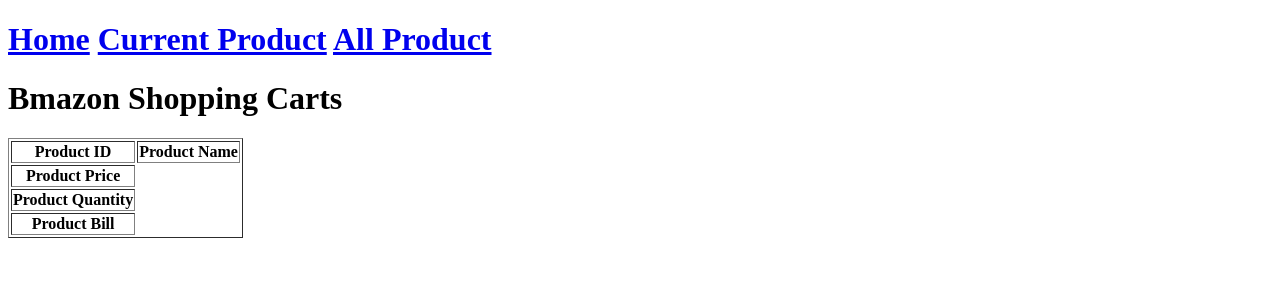
Repository: shivendra05/WebService_SpringRest
Page: http://localhost/23_MVC_JPA/WEB-INF/views/usersData.jsp
An editor plug-in stored every save of this project. The page is shown before and after the next save, followed by the edit.
The browser window is 1280 px wide. The pictures show the whole page.
The page is served by Tomcat 9. Nobody is signed in. Other server files are loaded and not shown. The template is opened directly, without the code that normally fills it, so the values that code supplies are empty.

Above is the page before, as saved 2021-12-07 12:47:35.

### SpringBoot@7AM/23_MVC_JPA/src/main/webapp/WEB-INF/views/usersData.jsp
<%@ page language="java" contentType="text/html; charset=ISO-8859-1"
	pageEncoding="ISO-8859-1" isELIgnored="false"%>
<%@taglib prefix="c" uri="http://java.sun.com/jsp/jstl/core"%>
<!DOCTYPE html>
<html>
<head>
<meta charset="ISO-8859-1">
<title>Insert title here</title>
</head>

<span>
	<h1>
		<a href="productHome">Home</a>
		<a href="userRegister">Current Product</a>
		<a href="all">All Product</a>
	</h1>
</span>
<body>
	<h1>Bmazon Shopping Carts</h1>

	<table border="1">
		<tr>
			<th>Product ID</th>
			<th>Product Name
		</tr>
		<th>Product Price
		</tr>
		<th>Product Quantity
		</tr>
		<th>Product Bill
		</tr>
		<c:forEach items="${prodList}" var="list">
			<tr>
				<td>${list.name}</td>
				<td>${list.qty}</td>
				<td>${list.gst}</td>
				<td>${list.bill}</td>
				<td>${list.price}</td>
			</tr>
		</c:forEach>
	</table>

</body>
</html>

After the next save:
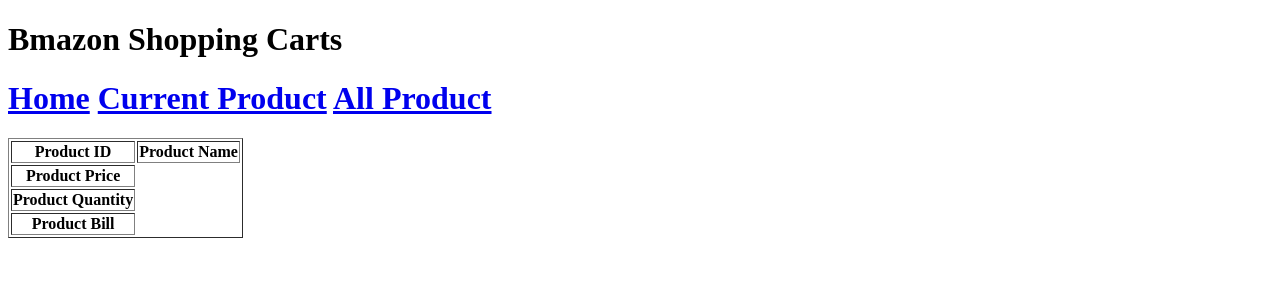
Saved 20 s later.
--- a/SpringBoot@7AM/23_MVC_JPA/src/main/webapp/WEB-INF/views/usersData.jsp
+++ b/SpringBoot@7AM/23_MVC_JPA/src/main/webapp/WEB-INF/views/usersData.jsp
@@ -7,16 +7,15 @@
 <meta charset="ISO-8859-1">
 <title>Insert title here</title>
 </head>
-
-<span>
-	<h1>
-		<a href="productHome">Home</a>
-		<a href="userRegister">Current Product</a>
-		<a href="all">All Product</a>
-	</h1>
-</span>
 <body>
 	<h1>Bmazon Shopping Carts</h1>
+
+	<span>
+		<h1>
+			<a href="productHome">Home</a> <a href="userRegister">Current
+				Product</a> <a href="all">All Product</a>
+		</h1>
+	</span>
 
 	<table border="1">
 		<tr>
